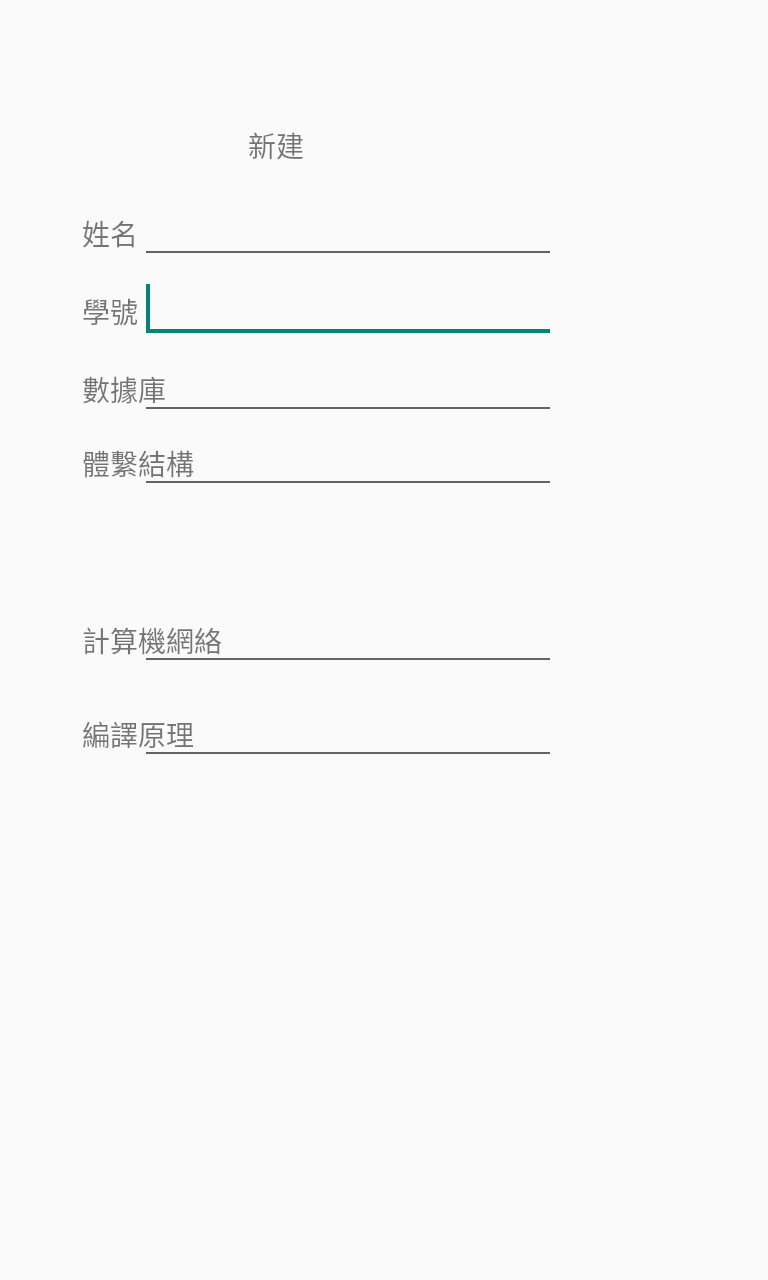
Repository: DaisyDong/AndroidPath
Layout: ScoreQurey/res/layout/activity_b.xml
The author's editor kept a copy of each file at every save. The layout is drawn from the files as they stood at one save, then again after the next save.
It is drawn on a 768 x 1280 px phone screen (xhdpi) without system bars, with theme AppTheme; the app's code is not run.

Above is the layout before, as saved 2015-04-21 05:29:00.

### ScoreQurey/res/layout/activity_b.xml
<RelativeLayout xmlns:android="http://schemas.android.com/apk/res/android"
    xmlns:tools="http://schemas.android.com/tools"
    android:layout_width="match_parent"
    android:layout_height="match_parent"
    android:paddingBottom="@dimen/activity_vertical_margin"
    android:paddingLeft="@dimen/activity_horizontal_margin"
    android:paddingRight="@dimen/activity_horizontal_margin"
    android:paddingTop="@dimen/activity_vertical_margin"
    tools:context="com.example.launchmodule.BActivity" >

    <TextView
        android:id="@+id/textView1"
        android:layout_width="wrap_content"
        android:layout_height="wrap_content"
        android:layout_alignParentLeft="true"
        android:layout_alignParentTop="true"
        android:layout_marginLeft="108dp"
        android:layout_marginTop="46dp"
        android:text="新建" />

    <TextView
        android:id="@+id/textView2"
        android:layout_width="wrap_content"
        android:layout_height="wrap_content"
        android:layout_alignParentLeft="true"
        android:layout_below="@+id/textView1"
        android:layout_marginLeft="25dp"
        android:layout_marginTop="23dp"
        android:text="姓名" />

    <TextView
        android:id="@+id/textView3"
        android:layout_width="wrap_content"
        android:layout_height="wrap_content"
        android:layout_alignRight="@+id/textView2"
        android:layout_below="@+id/textView2"
        android:layout_marginTop="18dp"
        android:text="學號" />

    <TextView
        android:id="@+id/textView4"
        android:layout_width="wrap_content"
        android:layout_height="wrap_content"
        android:layout_alignLeft="@+id/textView3"
        android:layout_below="@+id/textView3"
        android:layout_marginTop="18dp"
        android:text="數據庫" />

    <TextView
        android:id="@+id/textView5"
        android:layout_width="wrap_content"
        android:layout_height="wrap_content"
        android:layout_alignLeft="@+id/textView4"
        android:layout_below="@+id/textView4"
        android:layout_marginTop="16dp"
        android:text="體繫結構" />

    <TextView
        android:id="@+id/textView7"
        android:layout_width="wrap_content"
        android:layout_height="wrap_content"
        android:layout_alignLeft="@+id/textView6"
        android:layout_below="@+id/textView6"
        android:layout_marginTop="26dp"
        android:text="編譯原理" />

    <TextView
        android:id="@+id/textView6"
        android:layout_width="wrap_content"
        android:layout_height="wrap_content"
        android:layout_alignLeft="@+id/textView5"
        android:layout_centerVertical="true"
        android:text="計算機網絡" />

    <EditText
        android:id="@+id/editText1"
        android:layout_width="wrap_content"
        android:layout_height="wrap_content"
        android:layout_alignBaseline="@+id/textView2"
        android:layout_alignBottom="@+id/textView2"
        android:layout_toRightOf="@+id/textView2"
        android:ems="10" />

    <EditText
        android:id="@+id/editText2"
        android:layout_width="wrap_content"
        android:layout_height="wrap_content"
        android:layout_alignBaseline="@+id/textView3"
        android:layout_alignBottom="@+id/textView3"
        android:layout_alignLeft="@+id/editText1"
        android:ems="10" >

        <requestFocus />
    </EditText>

    <EditText
        android:id="@+id/editText3"
        android:layout_width="wrap_content"
        android:layout_height="wrap_content"
        android:layout_alignBaseline="@+id/textView4"
        android:layout_alignBottom="@+id/textView4"
        android:layout_alignLeft="@+id/editText2"
        android:ems="10" />

    <EditText
        android:id="@+id/editText4"
        android:layout_width="wrap_content"
        android:layout_height="wrap_content"
        android:layout_alignBaseline="@+id/textView5"
        android:layout_alignBottom="@+id/textView5"
        android:layout_alignLeft="@+id/editText3"
        android:ems="10" />

    <EditText
        android:id="@+id/editText5"
        android:layout_width="wrap_content"
        android:layout_height="wrap_content"
        android:layout_alignBaseline="@+id/textView6"
        android:layout_alignBottom="@+id/textView6"
        android:layout_alignLeft="@+id/editText4"
        android:ems="10" />

    <EditText
        android:id="@+id/editText6"
        android:layout_width="wrap_content"
        android:layout_height="wrap_content"
        android:layout_alignBaseline="@+id/textView7"
        android:layout_alignBottom="@+id/textView7"
        android:layout_alignLeft="@+id/editText5"
        android:ems="10" />

</RelativeLayout>

Loaded but not shown: ScoreQurey/res/values/styles.xml (common file); ScoreQurey/res/values-v11/styles.xml (common file); ScoreQurey/res/values-v14/styles.xml (common file); ScoreQurey/res/values/dimens.xml (common file); ScoreQurey/res/values-w820dp/dimens.xml (common file)

After the next save:
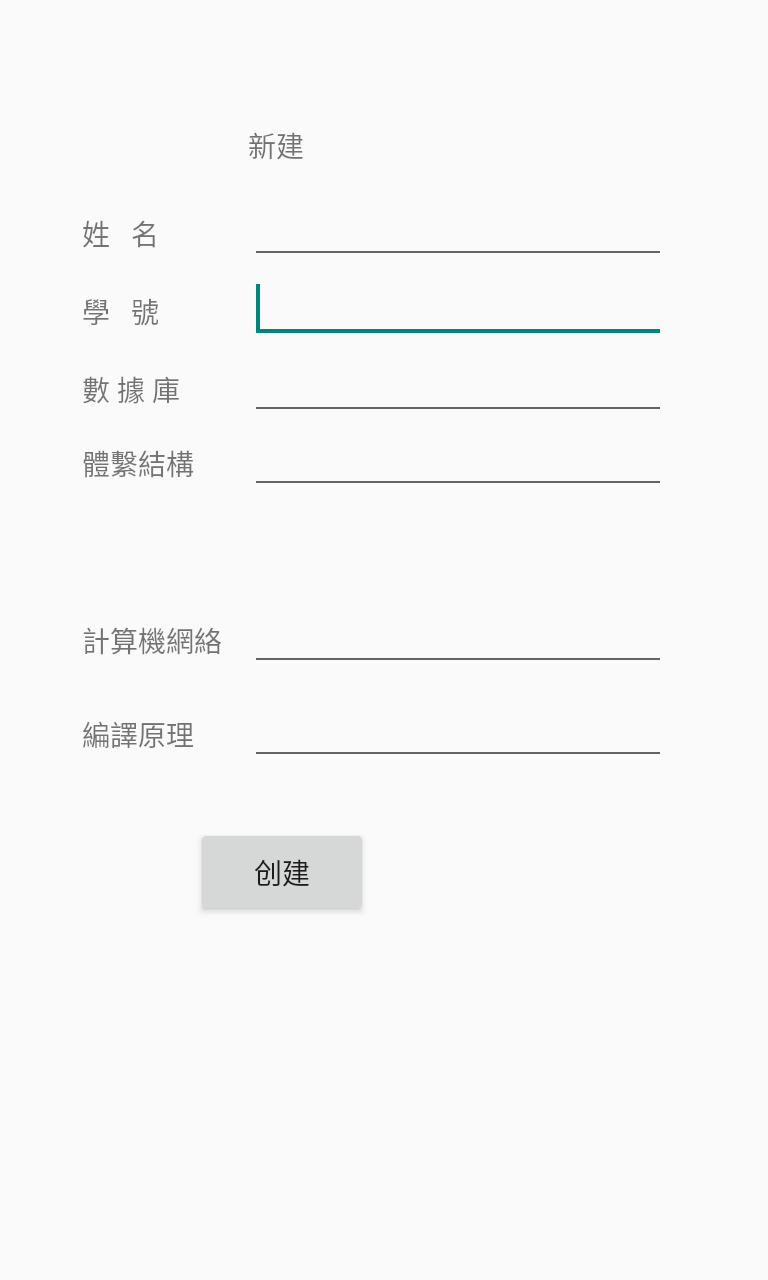
Saved 3 min 8 s later.
--- a/ScoreQurey/res/layout/activity_b.xml
+++ b/ScoreQurey/res/layout/activity_b.xml
@@ -26,7 +26,7 @@
         android:layout_below="@+id/textView1"
         android:layout_marginLeft="25dp"
         android:layout_marginTop="23dp"
-        android:text="姓名" />
+        android:text="姓   名" />
 
     <TextView
         android:id="@+id/textView3"
@@ -35,7 +35,7 @@
         android:layout_alignRight="@+id/textView2"
         android:layout_below="@+id/textView2"
         android:layout_marginTop="18dp"
-        android:text="學號" />
+        android:text="學   號" />
 
     <TextView
         android:id="@+id/textView4"
@@ -44,7 +44,7 @@
         android:layout_alignLeft="@+id/textView3"
         android:layout_below="@+id/textView3"
         android:layout_marginTop="18dp"
-        android:text="數據庫" />
+        android:text="數 據 庫" />
 
     <TextView
         android:id="@+id/textView5"
@@ -78,7 +78,7 @@
         android:layout_height="wrap_content"
         android:layout_alignBaseline="@+id/textView2"
         android:layout_alignBottom="@+id/textView2"
-        android:layout_toRightOf="@+id/textView2"
+        android:layout_alignLeft="@+id/editText2"
         android:ems="10" />
 
     <EditText
@@ -87,7 +87,7 @@
         android:layout_height="wrap_content"
         android:layout_alignBaseline="@+id/textView3"
         android:layout_alignBottom="@+id/textView3"
-        android:layout_alignLeft="@+id/editText1"
+        android:layout_alignLeft="@+id/editText3"
         android:ems="10" >
 
         <requestFocus />
@@ -99,7 +99,7 @@
         android:layout_height="wrap_content"
         android:layout_alignBaseline="@+id/textView4"
         android:layout_alignBottom="@+id/textView4"
-        android:layout_alignLeft="@+id/editText2"
+        android:layout_alignLeft="@+id/editText4"
         android:ems="10" />
 
     <EditText
@@ -108,7 +108,7 @@
         android:layout_height="wrap_content"
         android:layout_alignBaseline="@+id/textView5"
         android:layout_alignBottom="@+id/textView5"
-        android:layout_alignLeft="@+id/editText3"
+        android:layout_alignLeft="@+id/editText5"
         android:ems="10" />
 
     <EditText
@@ -117,7 +117,7 @@
         android:layout_height="wrap_content"
         android:layout_alignBaseline="@+id/textView6"
         android:layout_alignBottom="@+id/textView6"
-        android:layout_alignLeft="@+id/editText4"
+        android:layout_alignLeft="@+id/textView1"
         android:ems="10" />
 
     <EditText
@@ -129,4 +129,13 @@
         android:layout_alignLeft="@+id/editText5"
         android:ems="10" />
 
+    <Button
+        android:id="@+id/button1"
+        android:layout_width="wrap_content"
+        android:layout_height="wrap_content"
+        android:layout_below="@+id/editText6"
+        android:layout_marginTop="27dp"
+        android:layout_toRightOf="@+id/textView7"
+        android:text="创建" />
+
 </RelativeLayout>
